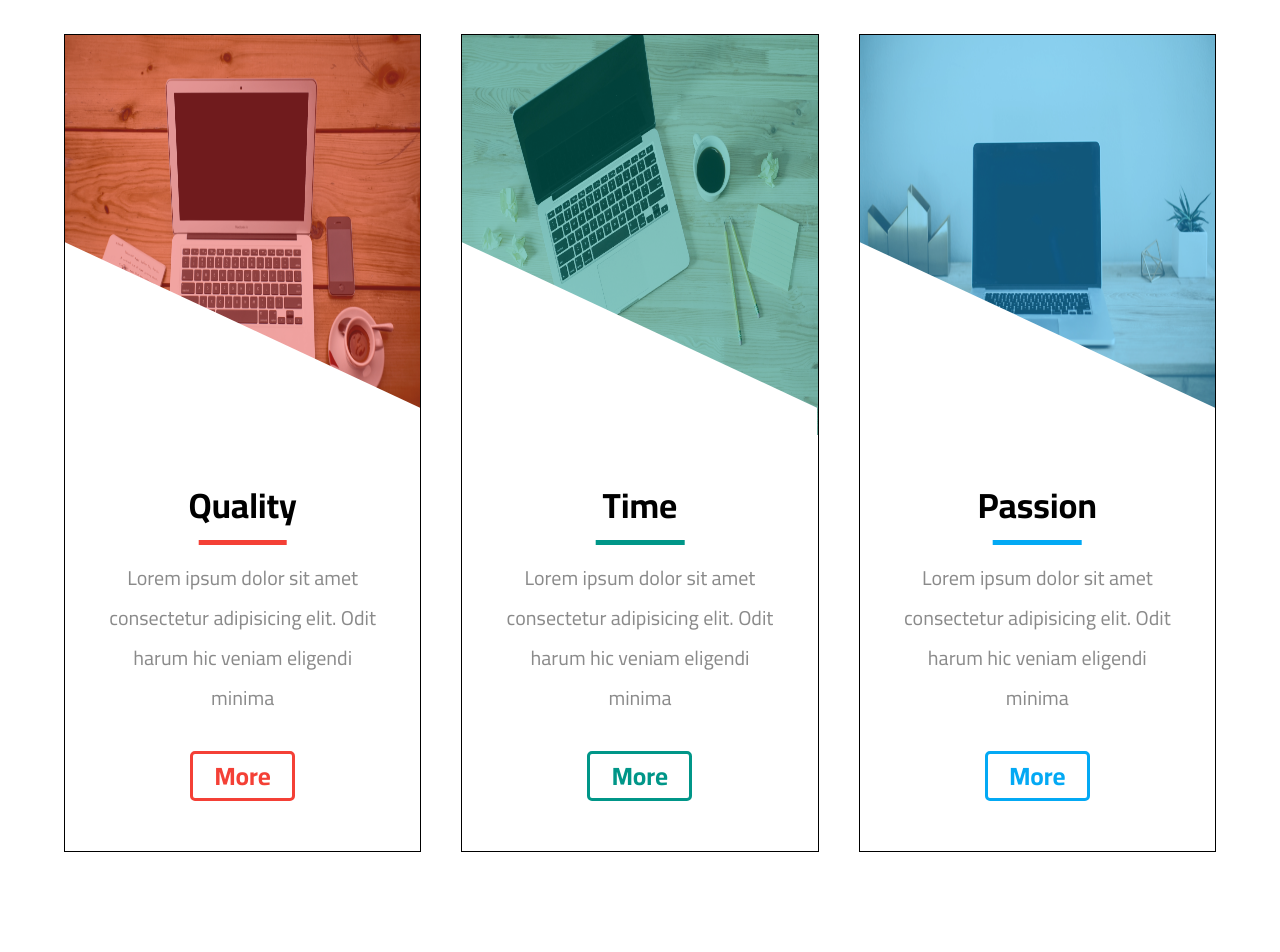
Repository: Toqa-25/elzeroAcdemey-Templete
Page: index.html
The author's editor kept a copy of each file at every save. The page is drawn from the files as they stood at one save, then again after a run of saves.
The browser window is 1280 px wide. The pictures show the part of the page from y = 3254 to 4206 px (the page is 4206 px tall).
A picture or video elsewhere on the page could not be fetched, so the positions and the page height are approximate.

Above is the page before, as saved 2022-01-20 04:08:32.

After the next 2 saves:
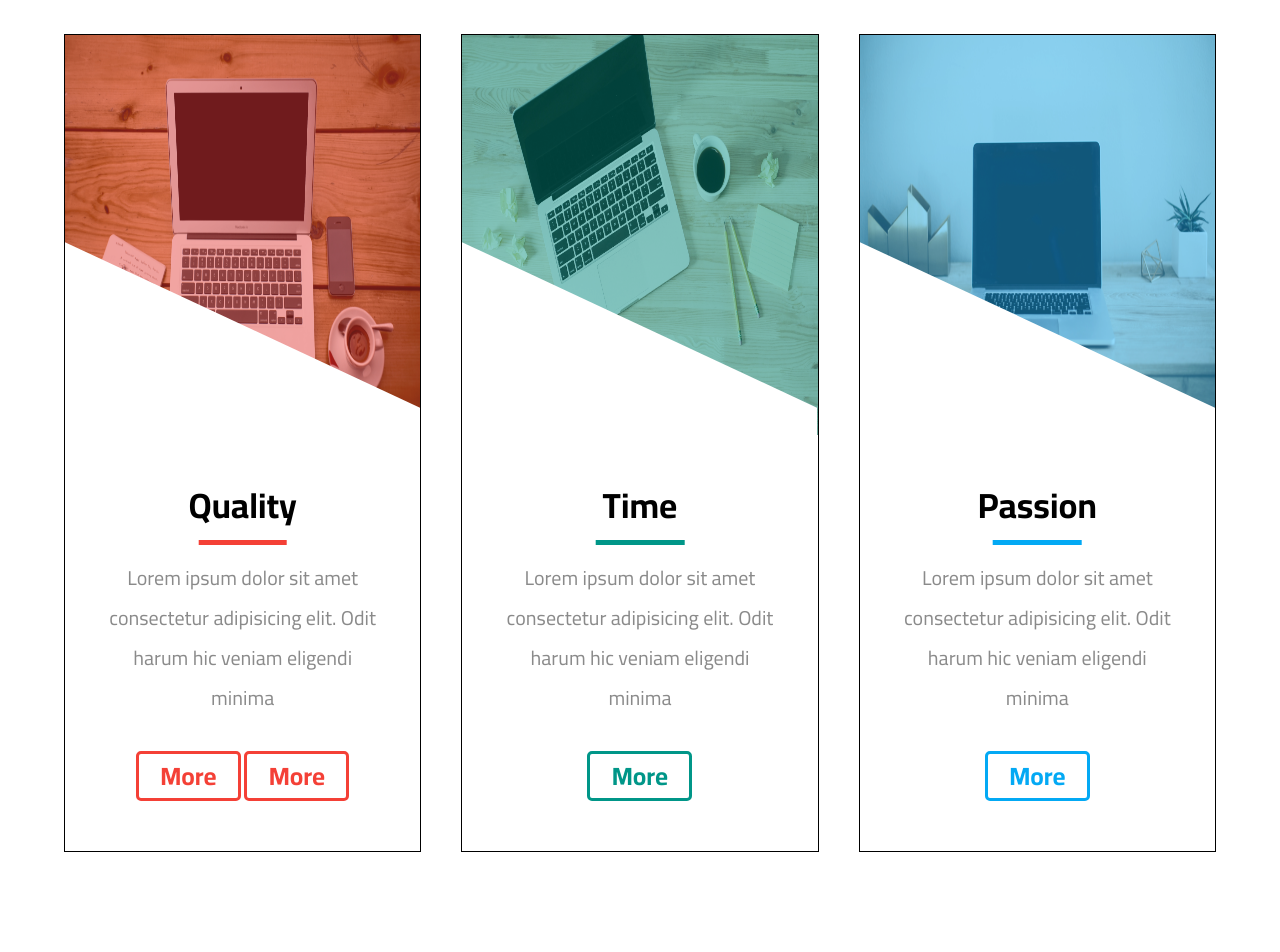
The 2 saves are shown as one change because they came seconds apart.
The last was saved 7 s later.
--- a/index.html
+++ b/index.html
@@ -232,8 +232,11 @@
                     <p class="features-content-item-info-head">quality</p>
                     <p class="features-content-item-info-text">Lorem ipsum dolor sit amet consectetur adipisicing elit. Odit harum hic veniam eligendi minima</p>
                     <button class="features-content-item-btn">more</button>
-                  </div>
-                  <div class="features-content-item-more"></div>
+                    <button class="features-content-item-btn">more</button>
+                  </div>
+                  <div class="features-content-item-more">
+
+                  </div>
               </div>
               <div class="features-content-item">
                   <div class="features-content-item-image">

After the save that followed:
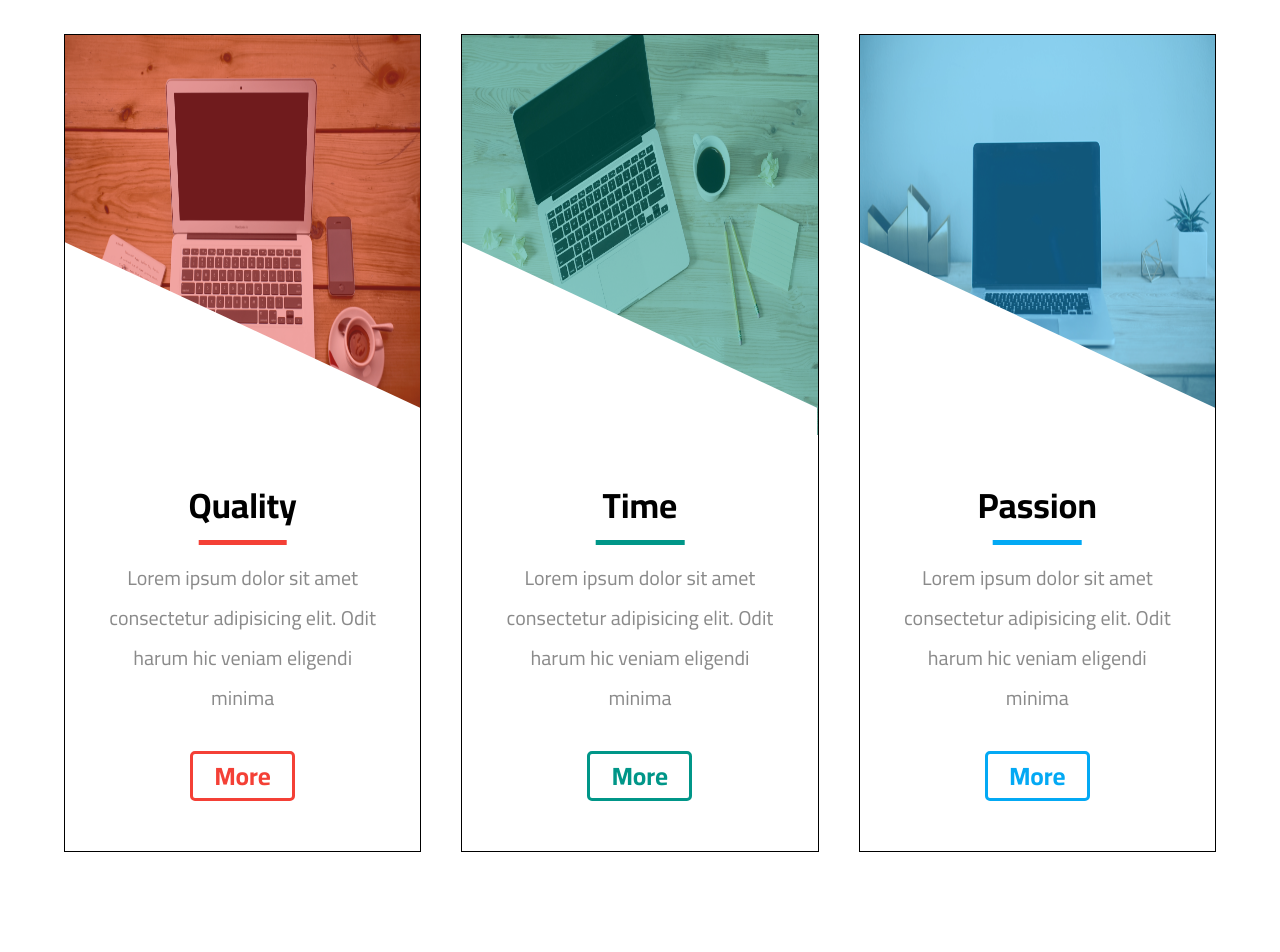
Saved 7 s later.
--- a/index.html
+++ b/index.html
@@ -231,7 +231,7 @@
                   <div class="features-content-item-info">
                     <p class="features-content-item-info-head">quality</p>
                     <p class="features-content-item-info-text">Lorem ipsum dolor sit amet consectetur adipisicing elit. Odit harum hic veniam eligendi minima</p>
-                    <button class="features-content-item-btn">more</button>
+                    <!-- <button class="features-content-item-btn">more</button> -->
                     <button class="features-content-item-btn">more</button>
                   </div>
                   <div class="features-content-item-more">
